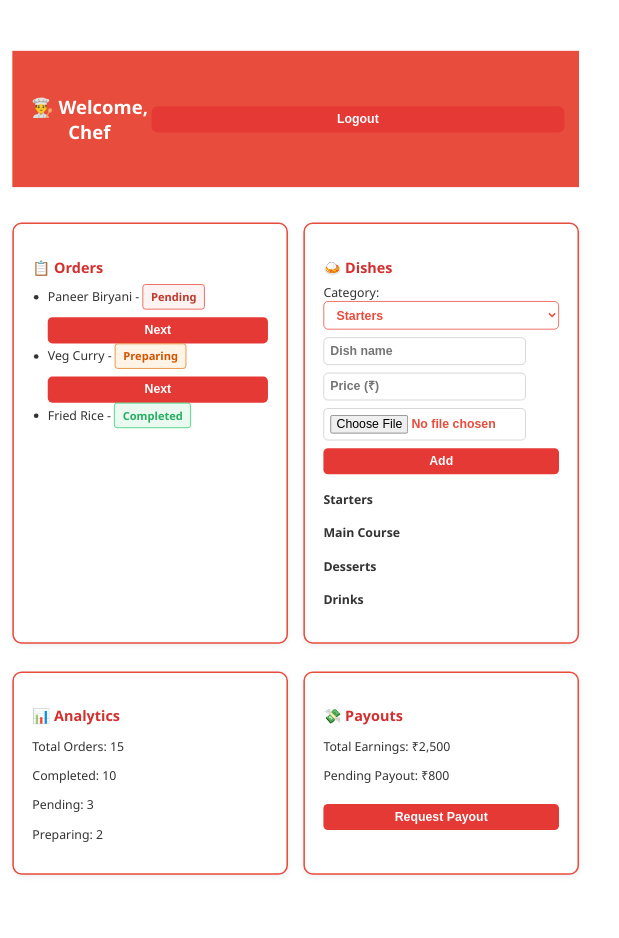
Repository: 1Siri7/chef
Page: dashboard.html
An editor plug-in stored every save of this project. The page is shown before and after the next save, followed by the edit.
The browser window is 768 px wide. The page is 768 px wide, then 804 px, so the pictures cover 804 px, including what lies to the right of the window. The pictures show the whole page, at 77% of full size.

Above is the page before, as saved 2025-08-01 21:42:57.
Console error: TypeError: Cannot read properties of null (reading 'addEventListener')

### dashboard.html
<!DOCTYPE html>
<html lang="en">
<head>
  <meta charset="UTF-8" />
  <meta name="viewport" content="width=device-width, initial-scale=1.0">
  <title>Chef Dashboard - Zavoryaf</title>
  <link rel="stylesheet" href="style.css" />
</head>
<body>
  <div class="dashboard-container">
    <header>
      <h2>👨‍🍳 Welcome, Chef</h2>
      <button onclick="logout()">Logout</button>
    </header>

    <section class="dashboard">
      <!-- Orders Section -->
      <!-- Orders Section -->
<div class="card orders">
  <h3>📋 Orders</h3>
  <ul id="orderList">
    <li>Paneer Biryani - <span class="status pending">Pending</span> <button onclick="updateOrderStatus(this)">Next</button></li>
    <li>Veg Curry - <span class="status preparing">Preparing</span> <button onclick="updateOrderStatus(this)">Next</button></li>
    <li>Fried Rice - <span class="status completed">Completed</span></li>
  </ul>
</div>

<!-- Dishes Section -->
<div class="card menu">
  <h3>🍛 Dishes</h3>
  <label for="dishCategory">Category:</label>
  <select id="dishCategory">
    <option value="starters">Starters</option>
    <option value="main-course">Main Course</option>
    <option value="desserts">Desserts</option>
    <option value="drinks">Drinks</option>
  </select>

  <input type="text" id="newDish" placeholder="Dish name" />
  <input type="number" id="dishPrice" placeholder="Price (₹)" />
  <input type="file" id="dishImage" accept="image/*" />
  <button onclick="addDish()">Add</button>

  <h4>Starters</h4>
  <ul id="startersList"></ul>

  <h4>Main Course</h4>
  <ul id="main-courseList"></ul>

  <h4>Desserts</h4>
  <ul id="dessertsList"></ul>

  <h4>Drinks</h4>
  <ul id="drinksList"></ul>
</div>

<!-- Analytics Section -->
<div class="card analytics">
  <h3>📊 Analytics</h3>
  <p>Total Orders: 15</p>
  <p>Completed: 10</p>
  <p>Pending: 3</p>
  <p>Preparing: 2</p>
</div>

<!-- Payout Section -->
<div class="card payouts">
  <h3>💸 Payouts</h3>
  <p>Total Earnings: ₹2,500</p>
  <p>Pending Payout: ₹800</p>
  <button>Request Payout</button>
</div>


  <script src="script.js"></script>
</body>
</html>

### style.css
/* ---------- Global Styles ---------- */
body {
  font-family: 'Segoe UI', sans-serif;
  margin: 0;
  background: #fff;
  color: #333;
}

/* ---------- Auth Page ---------- */
.auth-container {
  max-width: 400px;
  margin: 60px auto;
  padding: 2rem;
  border: 2px solid #e53935;
  border-radius: 15px;
  background: #fff;
  box-shadow: 0 0 10px #f8d7da;
  text-align: center;
}

h1 {
  color: #e53935;
}

.form-toggle {
  display: flex;
  justify-content: center;
  margin-bottom: 1rem;
}

.form-toggle button {
  padding: 10px 20px;
  border: none;
  background: #fff;
  color: #e53935;
  font-weight: bold;
  cursor: pointer;
  border-bottom: 2px solid transparent;
  transition: border-bottom 0.3s ease;
}

.form-toggle button.active {
  border-bottom: 2px solid #e53935;
}

.auth-form {
  display: flex;
  flex-direction: column;
  gap: 10px;
}

.auth-form input {
  padding: 10px;
  border: 1px solid #ddd;
  border-radius: 8px;
  outline: none;
}

.auth-form button {
  background: #e53935;
  color: #fff;
  border: none;
  padding: 10px;
  border-radius: 8px;
  cursor: pointer;
  transition: background 0.3s ease;
}

.auth-form button:hover {
  background: #c62828;
}

.auth-form.hidden {
  display: none;
}

/* ---------- Dashboard Page ---------- */
.dashboard-container {
  max-width: 900px;
  margin: 50px auto;
  padding: 20px;
}

header {
  display: flex;
  justify-content: space-between;
  align-items: center;
}

header button {
  background: #e53935;
  color: #fff;
  border: none;
  padding: 8px 14px;
  border-radius: 8px;
  cursor: pointer;
  transition: background 0.3s ease;
}

header button:hover {
  background: #c62828;
}

.dashboard {
  display: flex;
  flex-wrap: wrap;
  gap: 20px;
  margin-top: 30px;
}

.card {
  background: #ffeaea;
  padding: 20px;
  flex: 1 1 280px;
  border-radius: 12px;
  box-shadow: 0 0 8px #f8c0c0;
}

.card h3 {
  color: #d32f2f;
  margin-bottom: 10px;
}

.card ul {
  padding-left: 20px;
  margin: 0;
}

.card input {
  padding: 8px;
  width: 80%;
  border-radius: 6px;
  border: 1px solid #ccc;
  margin-top: 10px;
  outline: none;
}

.card button {
  margin-top: 10px;
  padding: 8px 12px;
  background: #e53935;
  color: white;
  border: none;
  border-radius: 6px;
  cursor: pointer;
  transition: background 0.3s ease;
}

.card button:hover {
  background: #c62828;
}

/* ---------- Status Badges ---------- */
.status {
  display: inline-block;
  padding: 4px 10px;
  border-radius: 6px;
  font-size: 12px;
  font-weight: bold;
  color: white;
  margin-right: 10px;
}

.status.pending {
  background-color: orange;
}

.status.preparing {
  background-color: dodgerblue;
}

.status.completed {
  background-color: green;
}
.hidden {
  display: none;
}
/* ---------------- Mobile Styles: Red & White Theme ---------------- */
/* ---------- Global Styles ---------- */
body {
  font-family: 'Segoe UI', sans-serif;
  margin: 0;
  padding: 0;
  background: #fff;
  color: #333;
}

header {
  background-color: #e74c3c;
  color: white;
  padding: 1.2rem;
  text-align: center;
}

.dashboard-container {
  display: flex;
  justify-content: space-between;
  gap: 1rem;
  padding: 2rem;
  flex-wrap: wrap;
}

/* Cards or sections inside dashboard */
.section, .card {
  background: #fff;
  border: 2px solid #e74c3c;
  border-radius: 12px;
  padding: 1.5rem;
  width: 48%;
  box-shadow: 0 2px 8px rgba(0,0,0,0.08);
}

/* Dish item styling */
.dish-item {
  display: flex;
  justify-content: space-between;
  align-items: center;
  border-bottom: 1px solid #f5b5b5;
  padding: 10px 0;
}

.dish-image {
  width: 120px;
  height: 90px;
  object-fit: cover;
  border-radius: 8px;
}

.dish-info-container {
  flex-grow: 1;
  padding: 0 1rem;
}

.dish-actions {
  display: flex;
  flex-direction: row;
  gap: 10px;
}

button, input, select {
  padding: 8px 12px;
  border: 1px solid #e74c3c;
  border-radius: 6px;
  background-color: #fff;
  color: #e74c3c;
  font-weight: bold;
  cursor: pointer;
}

button:hover {
  background-color: #e74c3c;
  color: #fff;
}

.edit-btn {
  background-color: #fff;
  color: #e67e22;
  border: 1px solid #e67e22;
}

.delete-btn {
  background-color: #fff;
  color: #c0392b;
  border: 1px solid #c0392b;
}

.status {
  font-size: 0.9rem;
  padding: 6px 10px;
  border-radius: 4px;
  display: inline-block;
}

.status.pending {
  background-color: #fdf3f3;
  color: #c0392b;
  border: 1px solid #e74c3c;
}

.status.preparing {
  background-color: #fff4e6;
  color: #d35400;
  border: 1px solid #e67e22;
}

.status.completed {
  background-color: #eafaf1;
  color: #27ae60;
  border: 1px solid #2ecc71;
}

/* ---------- Responsive Styles ---------- */
@media screen and (max-width: 768px) {
  .dashboard-container {
    flex-direction: column;
    padding: 1rem;
  }

  .section, .card {
    width: 100%;
    margin-bottom: 1rem;
  }

  .dish-item {
    flex-direction: column;
    align-items: flex-start;
  }

  .dish-actions {
    flex-direction: column;
    width: 100%;
  }

  button, input, select {
    width: 100%;
    font-size: 1rem;
  }

  .edit-btn, .delete-btn {
    width: 48%;
    display: inline-block;
  }
}
/* Specific section order for mobile */
@media screen and (max-width: 768px) {
  .orders {
    order: 1;
  }
  .menu {
    order: 2;
  }
  .analytics {
    order: 3;
  }
  .payouts {
    order: 4;
  }
}

### script.js
// script.js

// Function to handle user logout
function logout() {
    // Redirects the user to the 'index.html' page upon logout
    window.location.href = "index.html";
}
// Toggle between Login and Register forms
const loginBtn = document.getElementById("loginBtn");
const registerBtn = document.getElementById("registerBtn");
const loginForm = document.getElementById("loginForm");
const registerForm = document.getElementById("registerForm");

loginBtn.addEventListener("click", () => {
  loginBtn.classList.add("active");
  registerBtn.classList.remove("active");
  loginForm.classList.remove("hidden");
  registerForm.classList.add("hidden");
});

registerBtn.addEventListener("click", () => {
  registerBtn.classList.add("active");
  loginBtn.classList.remove("active");
  registerForm.classList.remove("hidden");
  loginForm.classList.add("hidden");
});

// Function to add a new dish to the menu
function addDish() {
    // Get references to input elements for new dish details
    const nameInput = document.getElementById("newDish");
    const priceInput = document.getElementById("dishPrice");
    const imageInput = document.getElementById("dishImage");
    const category = document.getElementById("dishCategory").value; // Get selected category


    // Trim whitespace from name and price inputs
    const name = nameInput.value.trim();
    const price = priceInput.value.trim();
    const imageFile = imageInput.files[0]; // Get the selected image file

    // Basic validation: ensure all fields are filled
    if (!name || !price || !imageFile) {
        alert("Please enter all fields and select an image.");
        return; // Stop function execution if validation fails
    }

    // Use FileReader to read the image file as a Data URL
    const reader = new FileReader();
    reader.onload = function (e) {
        // Create a new list item (<li>) for the dish
        const li = document.createElement("li");
        li.classList.add('dish-item'); // Add a class for styling and easier selection
        li.style.display = "flex"; // Use flexbox for layout
        li.style.alignItems = "center"; // Vertically center items
        li.style.gap = "15px"; // Space between elements
        li.style.padding = "10px 0";
        li.style.borderBottom = "1px dotted #eee"; // Separator

        // Create the image element for the dish
        const img = document.createElement("img");
        img.src = e.target.result; // Set image source from FileReader result
        img.alt = name; // Set alt text for accessibility
        img.style.width = "60px"; // Fixed width for display
        img.style.height = "60px"; // Fixed height for display
        img.style.objectFit = "cover"; // Ensures image covers the area without distortion
        img.style.borderRadius = "8px"; // Rounded corners for the image
        img.classList.add('dish-image'); // Add a class for easier selection

        // Create a container for dish information (name/price display and edit inputs)
        const infoContainer = document.createElement("div");
        infoContainer.classList.add('dish-info-container');
        infoContainer.style.flexGrow = "1"; // Allows it to take available space

        // Element to display dish name and price (visible when not editing)
        const infoSpan = document.createElement("span");
        infoSpan.className = "dish-info-display";
        infoSpan.textContent = `${name} - ₹${price}`;
        infoSpan.style.fontWeight = "bold";
        infoSpan.style.color = "#444";

        // Input field for editing dish name (hidden initially)
        const nameEditInput = document.createElement("input");
        nameEditInput.type = "text";
        nameEditInput.classList.add('dish-name-edit');
        nameEditInput.value = name; // Pre-fill with current name
        nameEditInput.style.display = "none"; // Hidden by default
        nameEditInput.style.width = "calc(50% - 10px)"; // Responsive width
        nameEditInput.style.padding = "5px";
        nameEditInput.style.border = "1px solid #ccc";
        nameEditInput.style.borderRadius = "4px";

        // Input field for editing dish price (hidden initially)
        const priceEditInput = document.createElement("input");
        priceEditInput.type = "number"; // Use number type for price
        priceEditInput.classList.add('dish-price-edit');
        priceEditInput.value = price; // Pre-fill with current price
        priceEditInput.style.display = "none"; // Hidden by default
        priceEditInput.style.width = "calc(50% - 10px)"; // Responsive width
        priceEditInput.style.padding = "5px";
        priceEditInput.style.border = "1px solid #ccc";
        priceEditInput.style.borderRadius = "4px";

        // File input for changing dish image (hidden initially)
        const imageFileInput = document.createElement("input");
        imageFileInput.type = "file";
        imageFileInput.accept = "image/*"; // Only accept image files
        imageFileInput.classList.add('dish-image-edit');
        imageFileInput.style.display = "none"; // Hidden by default
        imageFileInput.style.marginTop = "5px"; // Spacing above it

        // Append display and edit inputs to the info container
        infoContainer.appendChild(infoSpan);
        infoContainer.appendChild(nameEditInput);
        infoContainer.appendChild(priceEditInput);
        infoContainer.appendChild(imageFileInput);

        // Create a div for action buttons (Edit/Save, Delete)
        const actionsDiv = document.createElement("div");
        actionsDiv.className = "dish-actions";

        // Create the "Edit" button
        const editBtn = document.createElement("button");
        editBtn.textContent = "Edit";
        editBtn.classList.add('edit-btn'); // Class for selection and styling
        editBtn.style.backgroundColor = "#3498db"; // Blue color
        editBtn.style.color = "white";
        editBtn.style.border = "none";
        editBtn.style.padding = "7px 14px";
        editBtn.style.borderRadius = "5px";
        editBtn.style.cursor = "pointer";
        editBtn.style.fontSize = "0.9em";
        editBtn.style.marginRight = "8px";
        editBtn.style.transition = "background-color 0.2s ease";
        // Add hover effects
        editBtn.onmouseover = () => editBtn.style.backgroundColor = "#2980b9";
        editBtn.onmouseout = () => editBtn.style.backgroundColor = "#3498db";

        // Dynamic click handler for Edit/Save button
        editBtn.onclick = function () {
            if (editBtn.textContent === "Edit") {
                startEdit(li); // If button says "Edit", start editing mode
            } else {
                saveEdit(li); // If button says "Save", save changes
            }
        };

        // Create the "Delete" button
        const deleteBtn = document.createElement("button");
        deleteBtn.textContent = "Delete";
        deleteBtn.classList.add('delete-btn'); // Class for selection and styling
        deleteBtn.style.backgroundColor = "#e74c3c"; // Red color
        deleteBtn.style.color = "white";
        deleteBtn.style.border = "none";
        deleteBtn.style.padding = "7px 14px";
        deleteBtn.style.borderRadius = "5px";
        deleteBtn.style.cursor = "pointer";
        deleteBtn.style.fontSize = "0.9em";
        deleteBtn.style.transition = "background-color 0.2s ease";
        // Add hover effects
        deleteBtn.onmouseover = () => deleteBtn.style.backgroundColor = "#c0392b";
        deleteBtn.onmouseout = () => deleteBtn.style.backgroundColor = "#e74c3c";

        // Click handler for Delete button with confirmation
        deleteBtn.onclick = function () {
            if (confirm(`Are you sure you want to delete "${name}"?`)) {
                li.remove(); // Remove the list item from the DOM
            }
        };

        // Append buttons to the actions div
        actionsDiv.appendChild(editBtn);
        actionsDiv.appendChild(deleteBtn);

        // Append all created elements to the list item
        li.appendChild(img);
        li.appendChild(infoContainer);
        li.appendChild(actionsDiv);

        // Append the new dish list item to the correct category list
        document.getElementById(`${category}List`).appendChild(li);
    };

    // Read the image file as a Data URL, which triggers the onload event
    reader.readAsDataURL(imageFile);

    // Clear the input fields after adding the dish
    nameInput.value = "";
    priceInput.value = "";
    imageInput.value = "";
}

// Function to transition a dish item into editing mode
function startEdit(li) {
    // Get references to all relevant elements within the specific list item
    const displaySpan = li.querySelector('.dish-info-display');
    const nameInput = li.querySelector('.dish-name-edit');
    const priceInput = li.querySelector('.dish-price-edit');
    const imageFileInput = li.querySelector('.dish-image-edit');
    const editBtn = li.querySelector('.edit-btn');
    // const deleteBtn = li.querySelector('.delete-btn'); // No need to modify delete button state for now

    // Extract current name and price from the display span
    const [currentName, currentPrice] = displaySpan.textContent.split(' - ₹');

    // Populate the edit input fields with current values
    nameInput.value = currentName.trim();
    priceInput.value = currentPrice.trim();

    // Hide the display span and show the input fields
    displaySpan.style.display = 'none';
    nameInput.style.display = 'inline-block';
    priceInput.style.display = 'inline-block';
    imageFileInput.style.display = 'block'; // Display file input below text inputs

    // Change "Edit" button to "Save" and update its style
    editBtn.textContent = "Save";
    editBtn.style.backgroundColor = "#2ecc71"; // Green for Save
    editBtn.onmouseover = () => editBtn.style.backgroundColor = "#27ae60";
    editBtn.onmouseout = () => editBtn.style.backgroundColor = "#2ecc71";

    // Optional: Disable delete button during edit to prevent conflicts
    // deleteBtn.disabled = true;
}

// Function to save changes made to a dish item during editing
function saveEdit(li) {
    // Get references to all relevant elements within the specific list item
    const displaySpan = li.querySelector('.dish-info-display');
    const img = li.querySelector('.dish-image');
    const nameInput = li.querySelector('.dish-name-edit');
    const priceInput = li.querySelector('.dish-price-edit');
    const imageFileInput = li.querySelector('.dish-image-edit');
    const editBtn = li.querySelector('.edit-btn');
    // const deleteBtn = li.querySelector('.delete-btn'); // No need to modify delete button state for now

    // Get new values from the input fields
    const newName = nameInput.value.trim();
    const newPrice = priceInput.value.trim();
    const newImageFile = imageFileInput.files[0]; // Get the newly selected image file

    // Validation: ensure name is not empty and price is a valid number
    if (!newName || newPrice === "" || isNaN(parseFloat(newPrice))) {
        alert("Please enter a valid name and numeric price.");
        return; // Stop function execution if validation fails
    }

    // Update the text content of the display span
    // parseFloat and toFixed(0) ensure price is an integer in display
    displaySpan.textContent = `${newName} - ₹${parseFloat(newPrice).toFixed(0)}`;
    img.alt = newName; // Update alt text for accessibility

    // If a new image file was selected, read and update the image source
    if (newImageFile) {
        const reader = new FileReader();
        reader.onload = function (e) {
            img.src = e.target.result; // Update the main dish image
        };
        reader.readAsDataURL(newImageFile); // Read the new image file
    }

    // Hide the input fields and show the display span again
    displaySpan.style.display = 'block'; // Change back to block for text display
    nameInput.style.display = 'none';
    priceInput.style.display = 'none';
    imageFileInput.style.display = 'none';

    // Reset the file input value to clear the selected file
    imageFileInput.value = '';

    // Change "Save" button back to "Edit" and update its style
    editBtn.textContent = "Edit";
    editBtn.style.backgroundColor = "#3498db"; // Blue for Edit
    editBtn.onmouseover = () => editBtn.style.backgroundColor = "#2980b9";
    editBtn.onmouseout = () => editBtn.style.backgroundColor = "#3498db";

    // Optional: Re-enable delete button
    // deleteBtn.disabled = false;
}

// Function to update the status of an order
function updateOrderStatus(button) {
    const statusSpan = button.previousElementSibling; // Get the status span
    const currentStatus = statusSpan.textContent.toLowerCase(); // Get current status text

    // Logic to cycle through order statuses
    if (currentStatus === "pending") {
        statusSpan.textContent = "Preparing";
        statusSpan.className = "status preparing"; // Update class for styling
    } else if (currentStatus === "preparing") {
        statusSpan.textContent = "Completed";
        statusSpan.className = "status completed"; // Update class for styling
        button.remove(); // Remove the "Next" button once completed
    }
}
document.addEventListener("DOMContentLoaded", function () {
  const loginForm = document.getElementById("loginForm");
  const registerForm = document.getElementById("registerForm");
  const loginBtn = document.getElementById("loginBtn");
  const registerBtn = document.getElementById("registerBtn");

  // Toggle between Login/Register forms
  loginBtn.addEventListener("click", () => {
    loginForm.classList.remove("hidden");
    registerForm.classList.add("hidden");
    loginBtn.classList.add("active");
    registerBtn.classList.remove("active");
  });

  registerBtn.addEventListener("click", () => {
    registerForm.classList.remove("hidden");
    loginForm.classList.add("hidden");
    registerBtn.classList.add("active");
    loginBtn.classList.remove("active");
  });

  // Login form submission logic
  loginForm.addEventListener("submit", function (e) {
    e.preventDefault(); // Prevent page reload

    // You can add real validation here if needed
    const email = loginForm.querySelector('input[type="email"]').value;
    const password = loginForm.querySelector('input[type="password"]').value;

    // Dummy check
    if (email && password) {
      // Redirect to dashboard
      window.location.href = "dashboard.html";
    } else {
      alert("Please enter valid credentials.");
    }
  });
});

After the next save:
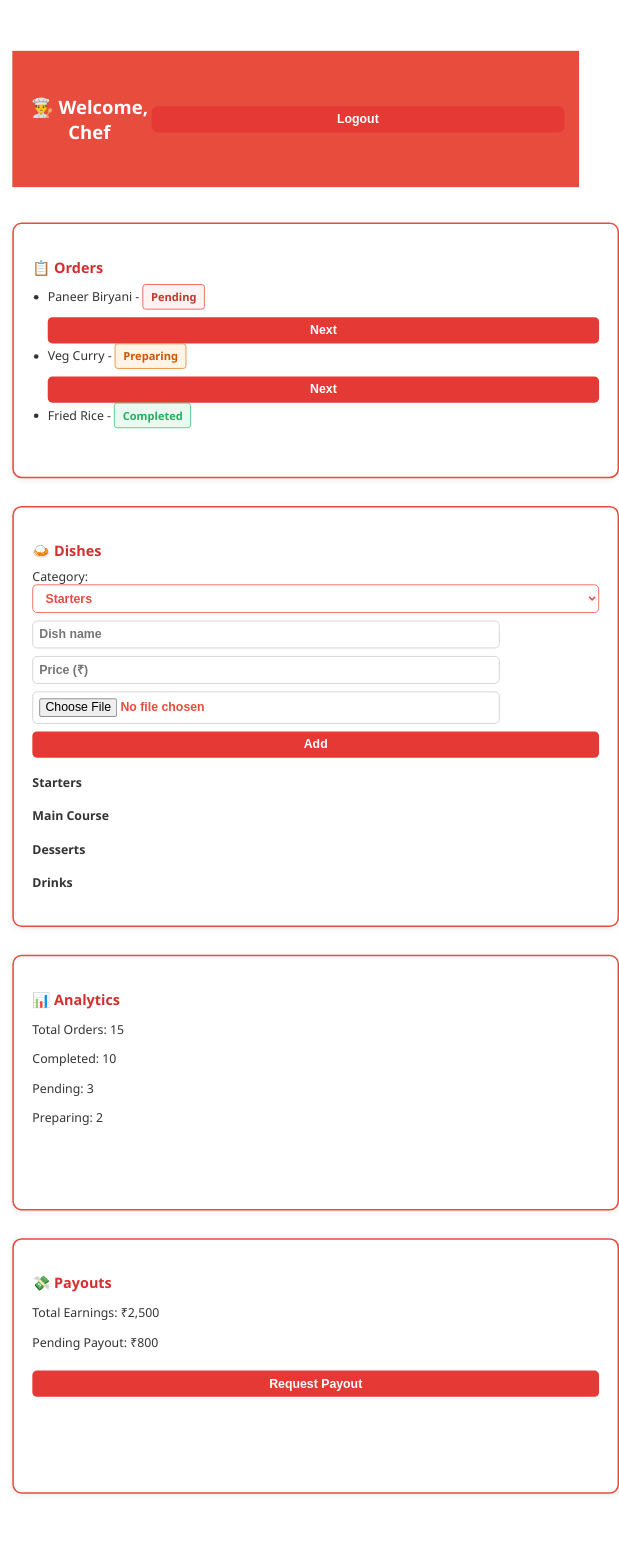
Saved 70 s later.
--- a/style.css
+++ b/style.css
@@ -323,15 +323,26 @@ button:hover {
 }
 /* Specific section order for mobile */
 @media screen and (max-width: 768px) {
+  .dashboard {
+    flex-direction: column !important;
+  }
+
+  .card {
+    width: 100% !important;
+  }
+
   .orders {
     order: 1;
   }
+
   .menu {
     order: 2;
   }
+
   .analytics {
     order: 3;
   }
+
   .payouts {
     order: 4;
   }
